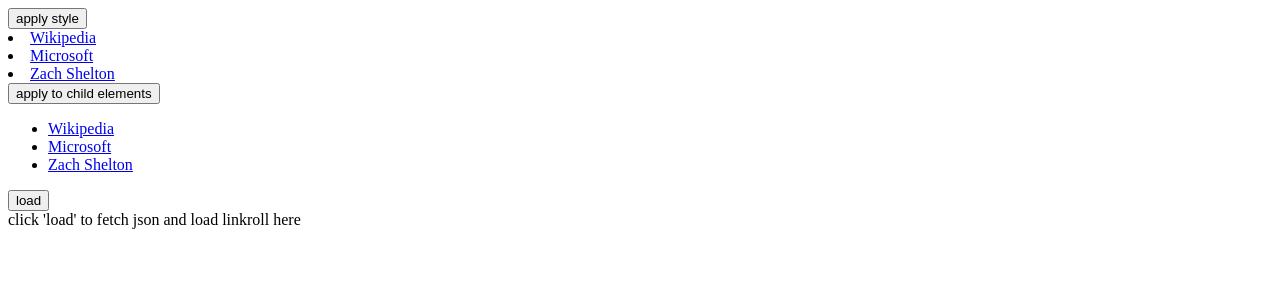
Repository: zachofalltrades/jquery.linkroll
Page: index.html
The author's editor kept a record of every edit. The page is drawn from the files as they stood at one moment, then again after the next edit.
The browser window is 1280 px wide. The pictures show the whole page.
Some web libraries are served in a nearby version.

Above is the page before.

After the next edit:
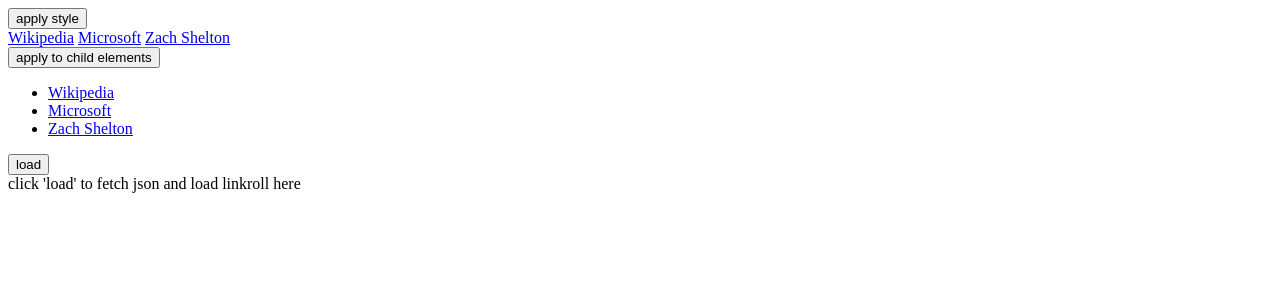
The edit:
--- a/index.html
+++ b/index.html
@@ -15,9 +15,9 @@
 	<div>
 		<button onClick="$('#inlineLinks').linkroll();">apply style</button>
 		<div id="inlineLinks">
-			<li><a href="http://wikipedia.org">Wikipedia</a></li>
-			<li><a href="http://www.microsoft.com">Microsoft</a></li>
-			<li><a href="http://zachofalltrades.net">Zach Shelton</a></li>
+			<a href="http://wikipedia.org">Wikipedia</a></li>
+			<a href="http://www.microsoft.com">Microsoft</a></li>
+			<a href="http://zachofalltrades.net">Zach Shelton</a></li>
 		</div>
 	</div>
 
